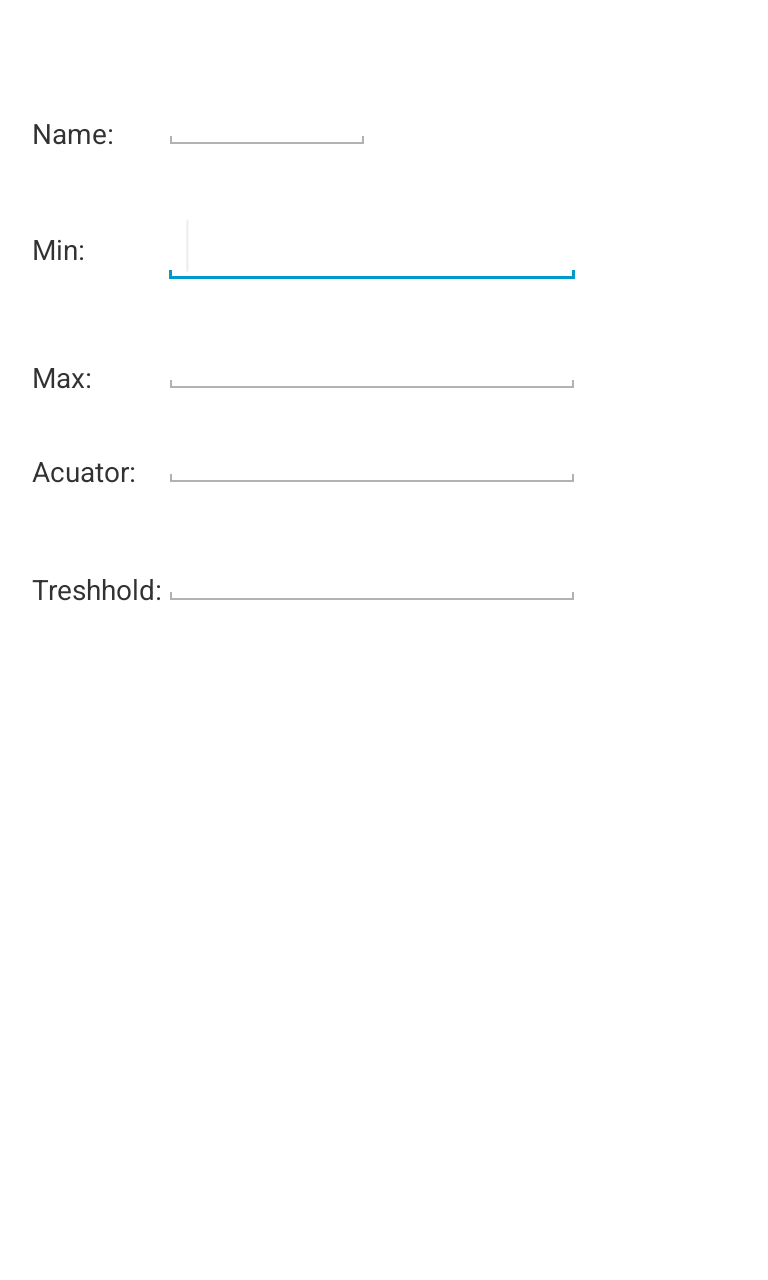
Repository: CTIS-SP-Team5/greenAgent
Layout: Android/GreenAgent/GreenAgent/res/layout/activity_view_setting.xml
An editor plug-in stored every save of this project. The layout is shown before and after the next save, followed by the edit.
It is drawn on a 768 x 1280 px phone screen (xhdpi) without system bars, with theme AppTheme; the app's code is not run.

Above is the layout before, as saved 2014-05-05 18:00:26.

After the next save:
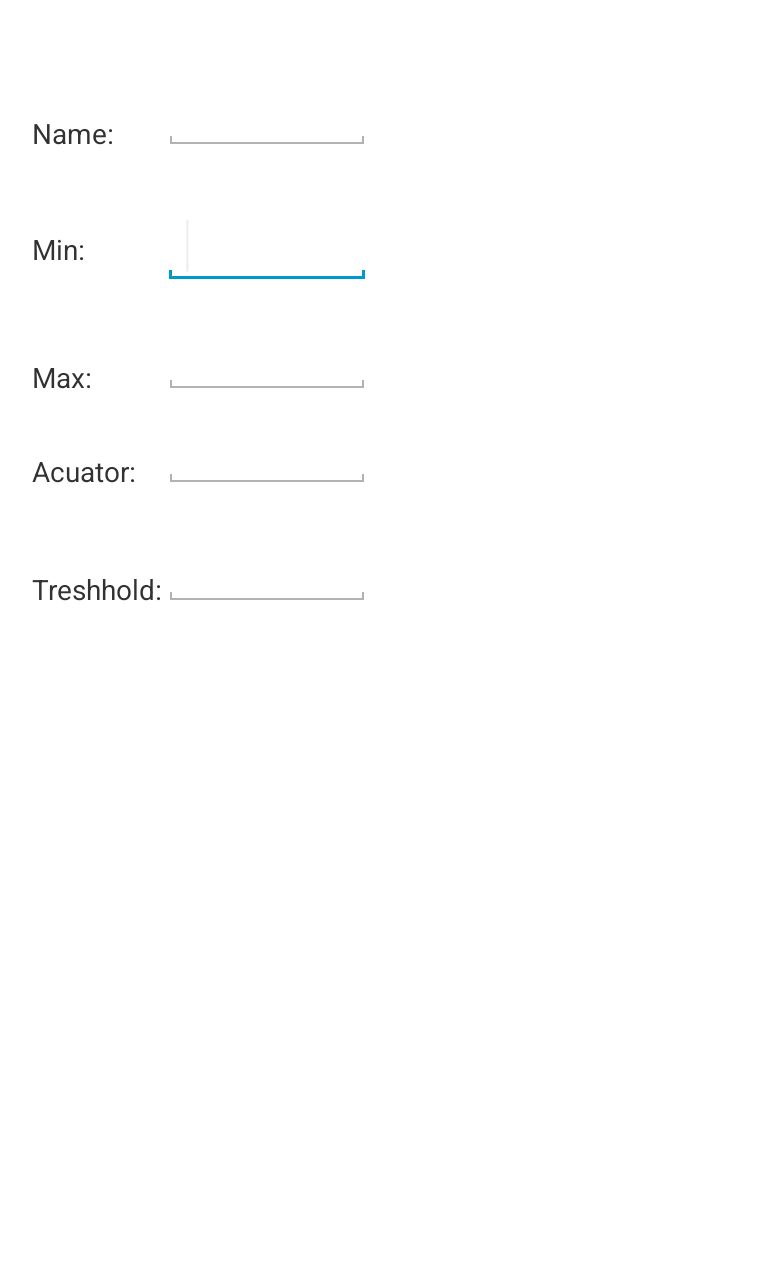
Saved 14 s later.
--- a/Android/GreenAgent/GreenAgent/res/layout/activity_view_setting.xml
+++ b/Android/GreenAgent/GreenAgent/res/layout/activity_view_setting.xml
@@ -67,7 +67,7 @@
         android:layout_alignBaseline="@+id/textView1"
         android:layout_alignBottom="@+id/textView1"
         android:layout_alignLeft="@+id/editText1"
-        android:ems="10" >
+        android:ems="5" >
 
         <requestFocus />
     </EditText>
@@ -78,7 +78,7 @@
         android:layout_height="wrap_content"
         android:layout_alignBottom="@+id/textView3"
         android:layout_alignLeft="@+id/editText2"
-        android:ems="10" />
+        android:ems="5" />
 
     <EditText
         android:id="@+id/editText4"
@@ -86,7 +86,7 @@
         android:layout_height="wrap_content"
         android:layout_above="@+id/textView5"
         android:layout_alignLeft="@+id/editText3"
-        android:ems="10" />
+        android:ems="5" />
 
     <EditText
         android:id="@+id/editText5"
@@ -94,6 +94,6 @@
         android:layout_height="wrap_content"
         android:layout_alignBottom="@+id/textView5"
         android:layout_toRightOf="@+id/textView5"
-        android:ems="10" />
+        android:ems="5" />
 
 </RelativeLayout>
